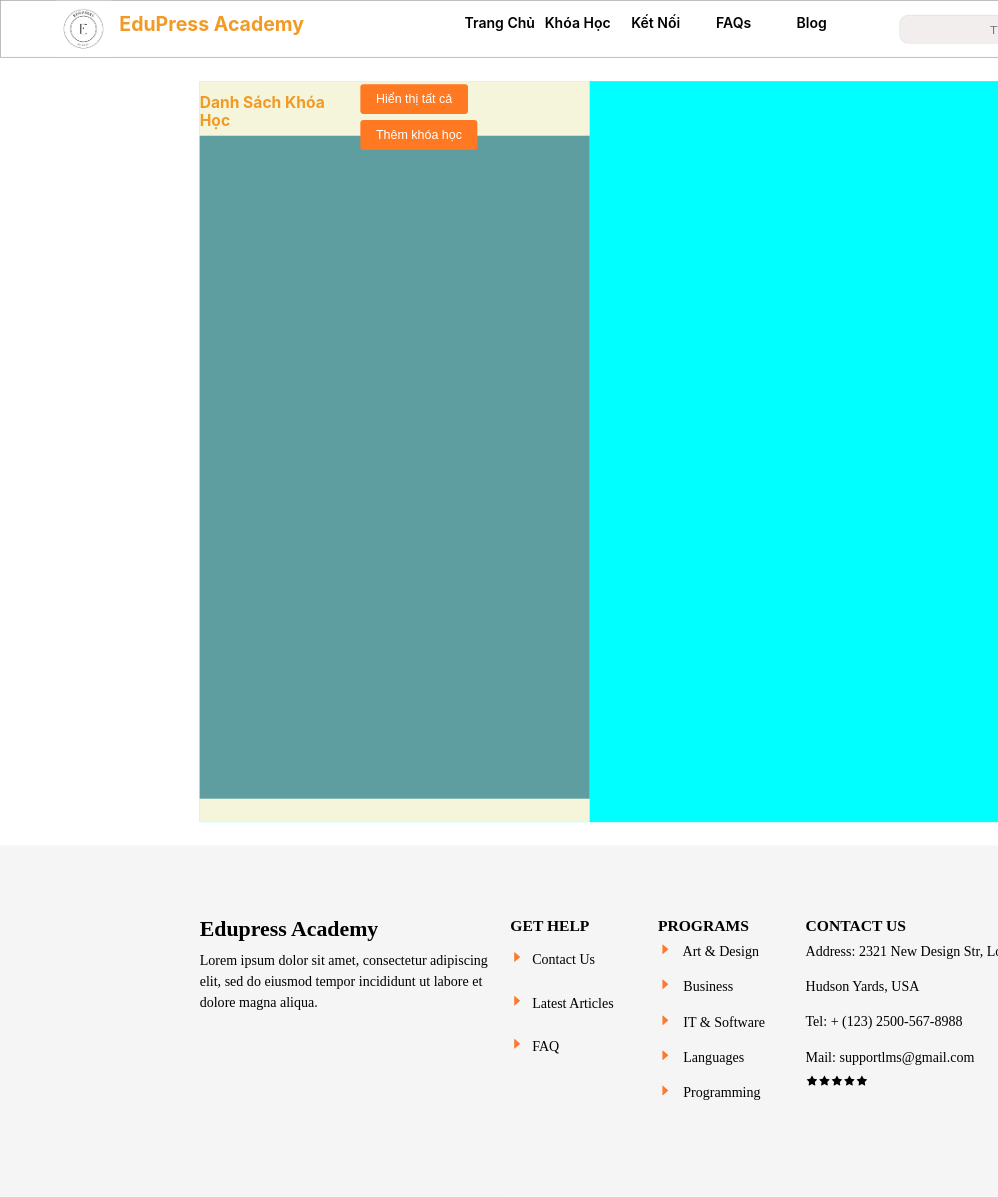
Repository: hieu1802/WebsiteEdupress
Page: /Management (app in my-app/Fontend/)
An editor plug-in stored every save of this project. The page is shown before and after the next save, followed by the edit.
The browser window is 1280 px wide. The pictures show the whole page, at 78% of full size.
The page's requests for data from a server got no answer. The project was rebuilt for these pictures with package versions that can differ from the ones it lists, and the page was loaded fresh each time. No one was signed in, and anything a server would have sent is missing. Also part of the build but not shown: my-app/Fontend/src/App.css, my-app/Fontend/src/Components/data/topCategories.jsx, my-app/Fontend/src/Components/HomePage/ContainerPage.jsx, my-app/Fontend/src/Components/HomePage/HomePage.jsx, my-app/Fontend/src/Components/Login/Login.css, my-app/Fontend/src/Components/Modal/Modal.css, my-app/Fontend/src/Components/Modal/Modal.jsx, my-app/Fontend/src/Components/Login/Login.jsx and 41 more.

Above is the page before, as saved 2024-11-03 12:43:49.

### my-app/Fontend/src/App.jsx
import logo from "./logo.svg";
import "./App.css";
import HomePage from "./Components/HomePage/HomePage.jsx";
import { BrowserRouter as Router, Routes, Route } from "react-router-dom";
import Login from "./Components/Login/Login";
import Register from "./Components/Register/Register";
import AdminPage from "./Components/AdminPage/AdminPage";
import LostPass from "./Components/LostPass/LostPass";
import CouresPage from "./Components/CouresPage/CouresPage.jsx";
import BlogPage from "./Components/BlogPage/BlogPage.jsx";
import ProtectedRoute from "./Components/ProtectedRoute.jsx";
import InfoCustomer from "./Components/InfoCustomer/InfoCustomer.jsx";
import CourseDetail from "./Course-detail/Coursedetail.js";
import DeleteAccount from "./Components/DeleteAccount/DeleteAccount.jsx";
import ContactPage from "./Components/ContactPage/ContactPage.jsx";
import FAQs from "./Components/FAQs/FAQs.jsx";
import Management from "./Components/Management/Management.jsx";


function App() {
  return (
    <>
      <Router>
        <Routes>
          <Route path="/" element={<HomePage />} />
          <Route path="/login" element={<Login />} />
          <Route path="/register" element={<Register />} />
          <Route path="/Management" element={<Management />} />
          <Route
            path="/admin"
            element={<ProtectedRoute component={AdminPage} />}
          />
          <Route path="/lostPass" element={<LostPass />} />
          <Route path="/CouresPage" element={<CouresPage />} />
          <Route path="/info-customer" element={<InfoCustomer />} />
          <Route path="/BlogPage" element={<BlogPage />} />
          <Route path="/Coursedetail" element={<CourseDetail />} />
          <Route path="/Coursedetail/:id" element={<CourseDetail />} />
          <Route path="/delete-account" element={<DeleteAccount />} />
          <Route path="/ContactPage" element={<ContactPage />} />
          <Route path="/FAQsPage" element={<FAQs />} />
        </Routes>
      </Router>
    </>
  );
}

export default App;

### my-app/Fontend/src/Components/Management/Management.jsx
import React from 'react'
import Header from '../HomePage/Header'
import Footer from '../HomePage/Footer'
import ContainerManagement from './ContainerManagement'
import './Management.css'

function Management() {
  return (
    <>
      <Header/>
      <ContainerManagement/>
      <Footer/>
    </>
  )
}

export default Management

### my-app/Fontend/src/Components/HomePage/Footer.jsx
import React from 'react'
import { AiFillStar,AiFillCaretRight } from "react-icons/ai";

function Footer() {
  return (
    <div className='footerPage'>
        <div className='footerContaier'>
            <div className='footerEdupress'>
                <h2>Edupress Academy</h2>
                <p>Lorem ipsum dolor sit amet, consectetur adipiscing elit, sed do eiusmod tempor incididunt ut labore et dolore magna aliqua.</p>
            </div>
            <div className='footerHelp'>
                <h2>GET HELP</h2>
                <a href='#'><AiFillCaretRight  style={{color:'FF782D', marginRight:'10px'}}/>Contact Us</a>
                <a href='#'><AiFillCaretRight  style={{color:'FF782D', marginRight:'10px'}}/>Latest Articles</a>
                <a href='#'><AiFillCaretRight  style={{color:'FF782D', marginRight:'10px'}}/>FAQ </a>
            </div>
            <div className='footerPrograms'>
                <h2>PROGRAMS</h2>
                <a href='#'><AiFillCaretRight  style={{color:'FF782D', marginRight:'10px'}}/> Art & Design</a>
                <a href='#'><AiFillCaretRight  style={{color:'FF782D', marginRight:'10px'}}/> Business</a>
                <a href='#'><AiFillCaretRight  style={{color:'FF782D', marginRight:'10px'}}/> IT & Software </a>
                <a href='#'><AiFillCaretRight  style={{color:'FF782D', marginRight:'10px'}}/> Languages </a>
                <a href='#'><AiFillCaretRight  style={{color:'FF782D', marginRight:'10px'}}/> Programming </a>
            </div>
            <div className='footerContact'>
                <h2>CONTACT US</h2>
                <p>Address: 2321 New Design Str, Lorem Ipsum10 Hudson Yards, USA</p>
                <p>Tel: + (123) 2500-567-8988<br/>
                Mail: supportlms@gmail.com</p>
                <span><AiFillStar/><AiFillStar/><AiFillStar/><AiFillStar/><AiFillStar/></span>
            </div>
        </div>
    </div>
  )
}

export default Footer

### my-app/Fontend/src/Components/AdminPage/AdminPage.css
.admin {
  font-family: Arial, sans-serif;
  padding: 20px;

  h1 {
    color: #ff7822;
  }

  h2 {
    color: #ff7822;
    margin-top: 30px;
  }

  table.listAcc {
    width: 100%;
    border-collapse: collapse;
    margin-top: 20px;

    th,
    td {
      border: 1px solid #ddd;
      padding: 8px;
      text-align: left;
    }

    th {
      background-color: #ff7822;
      color: white;
    }

    tr:nth-child(even) {
      background-color: #f2f2f2;
    }

    tr:hover {
      background-color: #ddd;
    }

    select {
      padding: 5px;
      border-radius: 4px;
      border: 1px solid #ccc;
    }
  }
}

button {
  background-color: #ff7822;
  color: white;
  border: none;
  padding: 10px 20px;
  text-align: center;
  text-decoration: none;
  display: inline-block;
  font-size: 16px;
  margin: 4px 2px;
  cursor: pointer;
  border-radius: 4px;
}

button:hover {
  background-color: #e56b1f;
}

form {
  margin-top: 20px;

  input[type="text"],
  input[type="password"],
  select {
    width: 100%;
    padding: 12px 20px;
    margin: 8px 0;
    display: inline-block;
    border: 1px solid #ccc;
    border-radius: 4px;
    box-sizing: border-box;
  }

  button {
    width: 100%;
    background-color: #ff7822;
    color: white;
    padding: 14px 20px;
    margin: 8px 0;
    border: none;
    border-radius: 4px;
    cursor: pointer;
  }

  button:hover {
    background-color: #e56b1f;
  }

  .input-group {
    position: relative;

    input[type="password"],
    input[type="text"] {
      padding-right: 40px;
    }

    .toggle-password-visibility {
      position: absolute;
      right: 10px;
      top: 50%;
      transform: translateY(-50%);
      cursor: pointer;
      color: #555;
    }
  }
}

@media (max-width: 480px) {
  .admin {
    padding: 10px;
  }

  table.listAcc {
    font-size: 12px;
  }

  th,
  td {
    padding: 6px;
  }

  .toggle-password-visibility {
    right: 5px;
  }

  form {
    margin-top: 10px;
  }

  input[type="text"],
  input[type="password"],
  select {
    padding: 10px;
    font-size: 14px;
  }

  button {
    padding: 10px 15px;
    font-size: 14px;
  }
}

### my-app/Fontend/src/Components/BlogPage/BlogPage.css
*{
    margin: 0;
    padding: 0;
}

.blogContainer{
    width: 1175px;
    height: 950px;
    margin-left: 20%;
    display: flex;
    margin-top: 30px;
}

.blogMain{
    width: 900px;
    height: 100%;
}

.blogTitle{
    width: 100%;
    height: 80px;
}

.blogTitle > h1{
    font-family: Exo;
    font-size: 36px;
    font-weight: 600;
    line-height: 43.2px;
    text-align: left;
    color: #000;
}

.blogDetail{
    width: 100%;
    height: 850px;
}

.blogImg{
    width: 100%;
    height: 500px;
}

.blogContent{
    width: 100%;
    height: 250px;
    margin-top: 15px;
    margin-bottom: 15px;
}

.blogContent > p{
    font-family: Jost;
    font-size: 18px;
    font-weight: 400;
    line-height: 27px;
    text-align: left;
}

.blogTag{
    width: 100%;
    height: 40px;
    display: flex;
}

.boxTags{
    width: 100px;
    height: 30px;
    border: 1px solid #000;
    text-align: center;
    padding-top: 5px;
    font-size: 16px;
    font-weight: 500;
    margin-right: 10px;
}

.blogSideBar{
    width: 275px;
    height: 800px;
    border: 1px solid #0000003d;
}

.category{
    width: 90%;
    height: 250px;
    margin-left: 10px;
}

.categoryNav{
    display: flex;
    justify-content: space-between;
    margin-bottom: 10px;
}

.buttonAdd{
   font-size: 18px;
   color: red;
   cursor: pointer;
}

.content{
    width: 900px;
    height: 500px;
    position: absolute;
    background-color: rgba(0, 0, 0, 0.9);
    top: 100px;
    left:auto;
    color: aliceblue;
}

.title{
    margin-left: 50px;
}

.formInput{
    width: 50% !important;
    height: 30px !important;
    margin-left:25px !important ;
    margin-bottom: 30px !important;
}

.textInput{
    width: 50%;
    height: 200px;
    margin-left: 10px;
}

.imgInput{
    margin-left: 15px;
    margin-top: 30px;
    margin-bottom: 30px;
}
.category > h4{
    font-family: Exo;
    font-size: 20px;
    font-weight: 600;
    line-height: 24px;
    text-align: left;
    margin-bottom: 20px;
}

.cateBox{
    width: 100%;
    height: 30px;
    display: flex;
    justify-content: space-between;

}

.boxRecent{
    width: 90%;
    height: 350px;
    margin-left: 10px;
}

.boxRecent > h4{
    font-family: Exo;
    font-size: 20px;
    font-weight: 600;
    line-height: 24px;
    text-align: left;
}

.articles{
    width: 100%;
    height: 90px;
    display: flex;
    margin: 0;
    margin-top: 15px;
    cursor: pointer;
}

.articlesImg{
    width: 40%;
    height: 100%;
}

.articlesImg > img{
    width: 100%;
    height: 100%;
}

.articlesContents{
    width: 60%;
    height: 90px;

}

.articlesContents > p{
    font-family: Jost;
    font-size: 16px;
    font-weight: 500;
    line-height: 24px;
    text-align: left;
    margin-left: 5px;
    margin-top: 5px;
}

.tags{
    width: 90%;
    height: 150px;
    margin-left: 10px;
    margin-top: 10px;
}

.tags > h4{
    font-family: Exo;
    font-size: 20px;
    font-weight: 600;
    line-height: 24px;
    text-align: left;
    margin-bottom: 10px;
}

.hastag{
    width: 100%;
    height: 100px;
    display: grid;
    grid-template-columns: 1fr 1fr;
}

### my-app/Fontend/src/Components/ContactPage/Contact.css
*{
    margin: 0;
    padding: 0;
}

.contactContainer{
    width: 1175px;
    height: 900px;
    margin-left: 20%;
    margin-top: 30px;
}

.contactBox{
    width: 100%;
    height: 450px;
    display: flex;
}

.contactInf{
    width: 400px;
    height: 300px;
}
.contactInf > h1{
    font-family: Exo;
    font-size: 36px;
    font-weight: 600;
    line-height: 43.2px;
    text-align: left;
    color: #000;
}

.info{
    width: 100%;
    height: 200px;
    margin-top: 30px;
}

.info > p{
    font-family: Jost;
    font-size: 18px;
    font-weight: 400;
    line-height: 27px;
    text-align: left;
}

.infoPhone{
    width: 250px;
    height: 50px;
    margin-top: 15px;
    display: flex;
}

.iconsInfo{
    width: 60px;
    height: 50px;
}

.iconsInfo > img{
    width: 100%;
    height: 100%;
}

.textInfo{
    width: 180px;
    height: 50px;
    margin-left: 10px;
    display: flex;
    flex-direction: column;
    justify-content: space-between;
}

.contactMap{
    width: 700px;
    height: 450px;
    margin-left: 30px;
    border-radius: 20px;
}

.contactMap > img{
    width: 100%;
    height: 100%;
    border-radius: 20px;
}

.contactUs{
    width: 100%;
    height: 400px;
    margin-top: 150px;
}

### my-app/Fontend/src/Components/FAQs/FAQs.css
*{
    padding: 0;
    margin: 0;
}

.ContainerFAQs{
    width: 1175px;
    height: 600px;
    margin-left: 20%;
    margin-top: 30px;
}

.ContainerFAQs > p{
    font-size: 16px;
    margin-top: 10px;
    margin-bottom: 10px;

}

.ContainerFAQs > img {
    width: 100%;
    height: 100%;
}

### my-app/Fontend/src/Components/Management/ContainerManagement.jsx
import React from 'react'
import ManagementCourse from './ManagementCourse'


function ContainerManagement() {
  return (
    <div className='managementContainer'>
      <ManagementCourse/>
    </div>
  )
}

export default ContainerManagement

### my-app/Fontend/src/Components/Management/Management.css
*{
    margin: 0;
    padding: 0;
}

.managementContainer{
    width: 1175px;
    height: 950px;
    margin-left: 20%;
    display: flex;
    margin-top: 30px;
    background-color: aqua;
}

.managementCourseContainer{
    width: 500px;
    height: 950px;
    background-color: beige;
}

.courseTitle{
    width: 100%;
    height: 50px;
    display: flex;
    justify-content: space-between;
}

.courseTitle > h3{
    font-size: 20px;
}

.courseMain{
    width: 100%;
    height: 850px;
    background-color: cadetblue;
    margin-top: 20px;
}

### my-app/Fontend/src/Components/data/FeaturedCoursesDaa.jsx
import img04 from "../img/img04.png";
import img05 from "../img/img05.png";
import img06 from "../img/img06.png";
import img07 from "../img/img07.png";
import img08 from "../img/img08.png";
import img09 from "../img/img09.png";

const topCourses = [
  {
    id: 1,
    img: img04,
    time: '2',
    student: '50',
    price: '4.000.000đ',
    sale: '2.000.000đ',
    lessons: '20',
    author: 'Christopher',
    courseName: 'Create an LMS Website with LearnPress'

  },
  {
    id: 2,
    img: img05,
    time: '3',
    student: '60',
    price: '5.000.000đ',
    sale: '2.500.000đ',
    lessons: '10',
    author: 'James',
    courseName: 'Create an CSS Website '
  },
  {
    id: 3,
    img: img06,
    time: '4',
    student: '90',
    price: '7.000.000đ',
    sale: '3.000.000đ',
    lessons: '25',
    author: 'Rebecca',
    courseName: 'Create an HTML Website '
  },
  {
    id: 4,
    img: img07,
    time: '2',
    student: '60',
    price: '6.000.000đ',
    sale: '3.500.000đ',
    lessons: '15',
    author: 'Jennifer',
    courseName: 'Create an CSS and REACT Website '
  },
  {
    id: 5,
    img: img08,
    time: '2',
    student: '70',
    price: '8.000.000đ',
    sale: '4.000.000đ',
    lessons: '24',
    author: 'Matthew',
    courseName: 'Create an REACT and SCSS Website '
  },
  {
    id: 6,
    img: img09,
    time: '2',
    student: '80',
    price: '9.000.000đ',
    sale: '6.000.000đ',
    lessons: '26',
    author: 'Daniel',
    courseName: 'Create an HTML and SCSS Website '
  },
];

export { topCourses }

### my-app/Fontend/src/Components/CouresPage/Container.css
*{
    margin: 0;
    padding: 0;
}

.container{
    width: 1175px;
    height: 1800px;
    margin-left: 20%;
    display: flex;
}

.boxProduct{
    width: 880px;
    height: 100%;
    padding-left:20px;
}

.boxProduct > h2{
    font-family: Exo;
    font-size: 36px;
    font-weight: 600;
    line-height: 43.2px;
    text-align: left;
}

.boxContent{
    width: 800px;
    height: 250px;
    margin-top: 30px;
    display: flex;
    border-radius: 20px 0 0 20px;
    border: 1px solid #00000048;
}

.boxImg{
    width: 300px;
    height: 100%;
}
.boxImg > img{
    width: 100%;
    height: 100%;
    border-radius: 20px 0 0 20px;
}

.boxTexT{
    width: 500px;
    height: 100%;
}

.text{
    width: 420px;
    height: 150px;
    display: flex;
    margin-left: 30px;
    flex-direction: column;
    justify-content: space-between;
}

.text > h4{
    margin-top: 10px;
    font-family: Jost;
    font-size: 24px;
    font-weight: 400;
    line-height: 24px;
    text-align: left;
}

.text > h5{
    font-family: Exo;
    font-size: 20px;
    font-weight: 600;
    line-height: 24px;
    text-align: left;
}

.iconsValue{
    width: 100%;
    height: 40px;
    display: flex;
    justify-content: space-between;
}

.icons{
    color: rgba(241, 152, 34, 0.979);
    font-size: 24px;
    margin-top: 8px;
}
.iconsValue> span{
    font-size: 18px;
}

.boxPrice{
    width: 100%;
    height: 50px;

    margin-top: 50px;
    display: flex;
    justify-content: space-between;
}

.priceBox{
    width: 280px;
    height: 100%;
    display: flex;
}

.priceBox > p{
    text-decoration: line-through;
    color: var(--Grey, #9D9D9D);
    font-weight: 700;
    margin-right: 10px;
    margin-left: 30px;
    font-size: 20px;
}

.priceBox > span{
    color: green;
    font-weight: 700;
    font-size: 20px;
}

.btnClick{
    width: 180px;
    height: 40px;
    border-radius: 24px;
    border: 1px solid #000;
    cursor: pointer;
    margin-right: 20px;
}

.btnClick > p{
    text-align: center;
    margin-top: 8px;
    font-weight: 600;
    color: red;
}

.btnClick:hover{
    background-color: red;
}

.btnClick > p:hover{
    color: #fff;
}

.boxSearch{
    width: 300px;
    height: 90%;
    background-color: beige;
}

.boxSearch > h2{
    font-family: Exo;
    font-size: 36px;
    font-weight: 600;
    line-height: 43.2px;
    text-align: left;
}

.searchValue{
    width: 100%;
    height: 500px;
    margin-top: 20px;
}

.searchValue > p{
    font-family: Exo;
    font-size: 24px;
    font-weight: 600;
    line-height: 43.2px;
    text-align: left;
    margin-bottom: 30px;
}

### my-app/Fontend/src/Course-detail/RegisterCourse.css
*{
    margin: 0;
    padding: 0;
}



.registration-form {
    position: relative;
    height: fit-content;
    padding: 20px;
    margin-left: 222px;
    display: flex;
    border: 1px solid black;
    width: 600px;
    flex-direction: column;

}

.registration-form label input {
    font-size: 25px;
    margin-left: 13px;
    border: none;
    border-bottom: 1px solid gray;
    width: 50%;
    height: 30px;
}


input:focus {
    outline: none;
}

.registration-form label {
    font-size: 25px;
}

.registration-form h2 {
    text-align: center;
}

.sale-course-price {
    font-size: 25px;
    margin: 15px 0 15px 0;
    width: fit-content;
}

.sale-price-form {
    margin-bottom: 20px;

    display: flex;
    justify-content: start;
}

.original-form-price {
    width: 600px;
    align-items: baseline;
    border-bottom: 3px solid black;
}

.phone-register-course {
    height: 30px;
    margin-top: 8px;
}

.payment-logo {
    display: flex;
    justify-content: space-around;
}

.payment-logo span {
    width: fit-content;
    cursor: pointer;
    border: 1px solid gray;


}

.payment-logo img {
    width: 100px;
    height: 100px;

}

.qr-code {

    width: fit-content;
    height: fit-content;
}

.qr-code img {
    width: 100%;
    height: 100%;
}

.original-priceS{
    text-decoration: line-through;
    color: #999;
    margin-right: 10px;
    font-size: 20px;
    margin-left: 10px;
    font-weight: 600;
}

.all-price > span{
    color: green;
    font-weight: 700;
}

.imgQr{
    width: 400px;
    height: 400px;
    margin-left: 30%;
}

### my-app/Fontend/src/Components/Management/ManagementCourse.jsx
import React, { useEffect, useState } from 'react';
import {
  AiFillSignal,
  AiOutlineUserAdd,
  AiOutlineClockCircle,
  AiFillBook
} from "react-icons/ai";
import { Link } from 'react-router-dom';
import axios from 'axios';

function ManagementCourse() {
  const [courses, setCourses] = useState([]);

    useEffect(() => {
        axios.get('http://localhost:8080/api/v1/courses')
            .then(response => {
                setCourses(response.data);
            })
            .catch(error => {
                console.error('There was an error fetching the courses!', error);
            });
    }, []);
  return (
    <div className='managementCourseContainer'>
        <div className='courseTitle'>
            <h3>Danh Sách Khóa Học</h3>
            <div>
              <button>Hiển thị tất cả</button>
              <button>Thêm khóa học</button>
            </div>
        </div>
        <div className='courseMain'>
            <div className='boxCourse'>

            </div>
        </div>
    </div>
  )
}

export default ManagementCourse

Loaded but not shown: my-app/Fontend/public/index.html (common file); my-app/Fontend/src/index.js (common file); my-app/Fontend/src/index.css (common file); my-app/Fontend/src/reportWebVitals.js (common file); my-app/Fontend/src/Components/HomePage/HomePage.css (871 lines, source omitted); my-app/Fontend/src/Components/HomePage/Header.jsx (141 lines, source omitted)

After the next save:
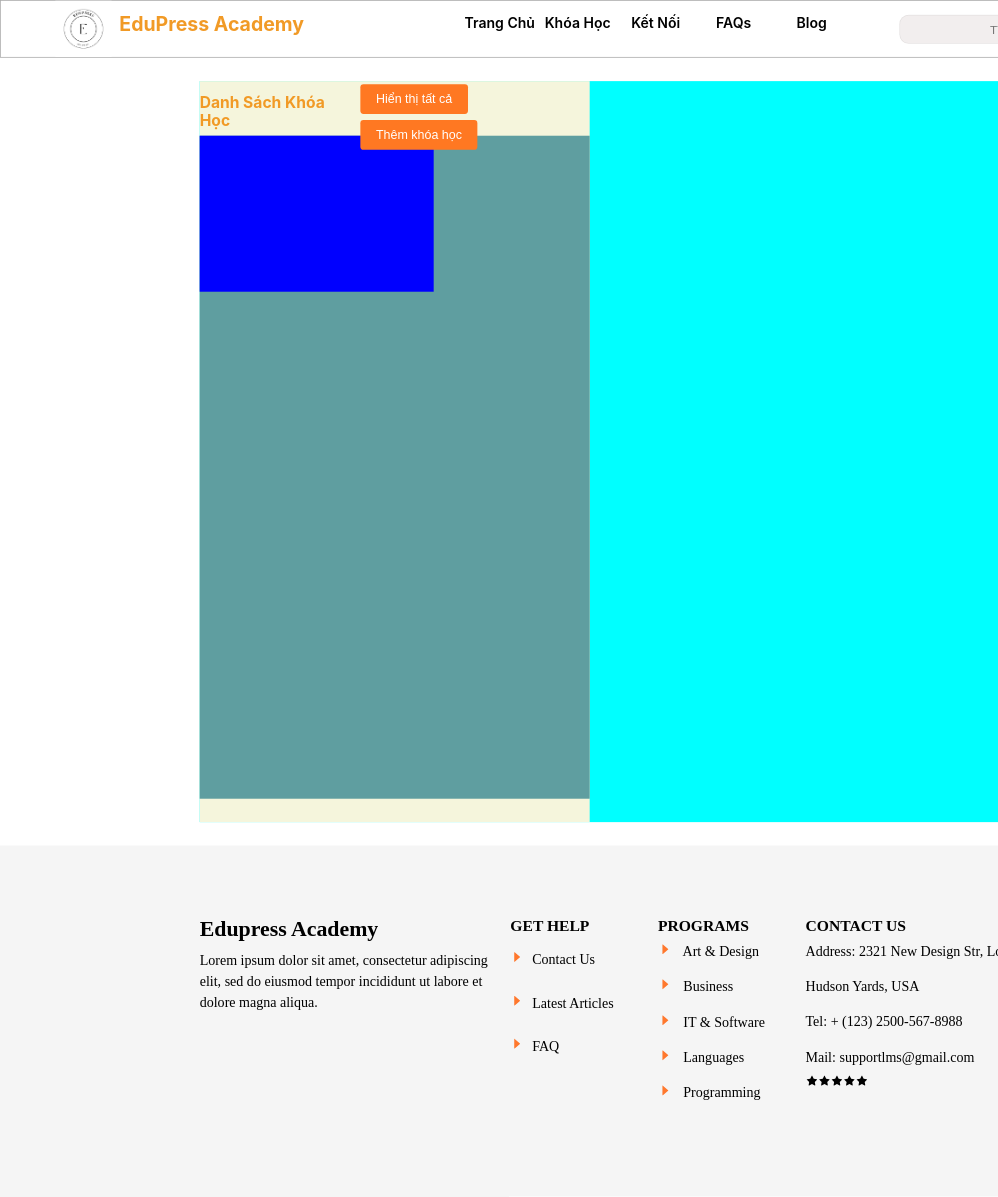
Saved 35 s later.
--- a/my-app/Fontend/src/Components/Management/Management.css
+++ b/my-app/Fontend/src/Components/Management/Management.css
@@ -35,3 +35,9 @@
     background-color: cadetblue;
     margin-top: 20px;
 }
+
+.boxCourse{
+    width: 300px;
+    height: 200px;
+    background-color: blue;
+}
